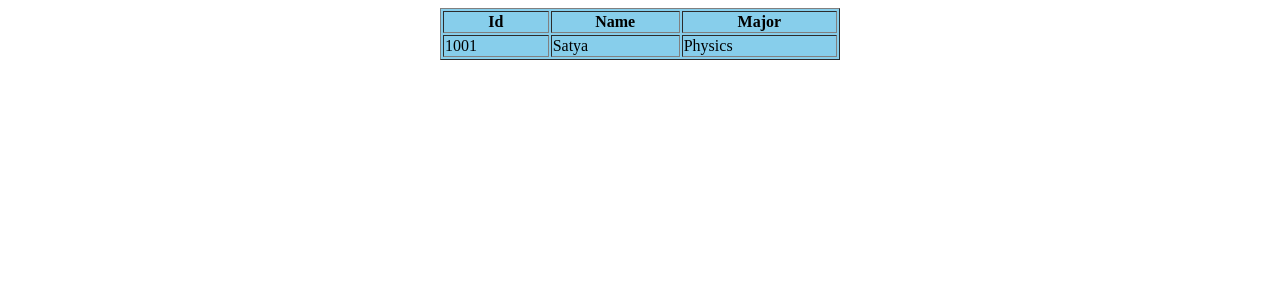
Repository: 1919satya/Mode2
Page: sample/sample/WebContent/table.html
An editor plug-in stored every save of this project. The page is shown before and after the next save, followed by the edit.
The browser window is 1280 px wide. The pictures show the whole page.

Above is the page before, as saved 2019-10-10 12:48:49.

After the next save:
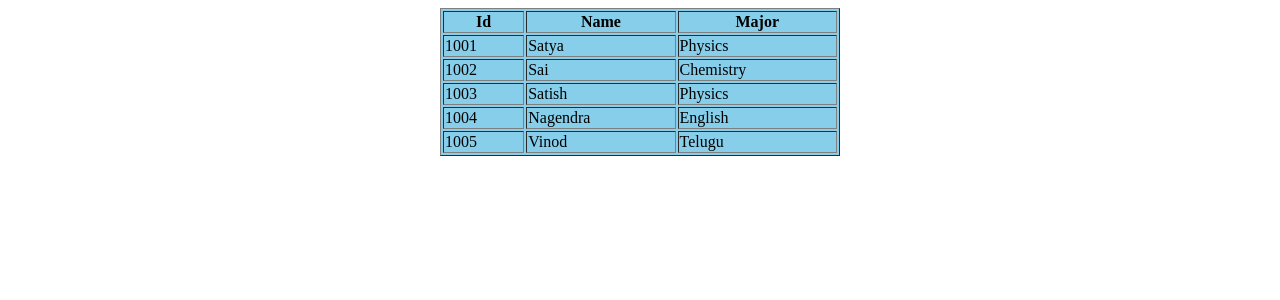
Saved 106 s later.
--- a/sample/sample/WebContent/table.html
+++ b/sample/sample/WebContent/table.html
@@ -20,7 +20,30 @@
     <td>Satya</td>
     <td>Physics</td>
  </tr>
+   <tr>
 
+    <td>1002</td>
+    <td>Sai</td>
+    <td>Chemistry</td>
+ </tr>
+ <tr>
+
+    <td>1003</td>
+    <td>Satish</td>
+    <td>Physics</td>
+ </tr>
+ <tr>
+
+    <td>1004</td>
+    <td>Nagendra</td>
+    <td>English</td>
+ </tr>
+ <tr>
+
+    <td>1005</td>
+    <td>Vinod</td>
+    <td>Telugu</td>
+ </tr>
 
  </table>
 </form>
